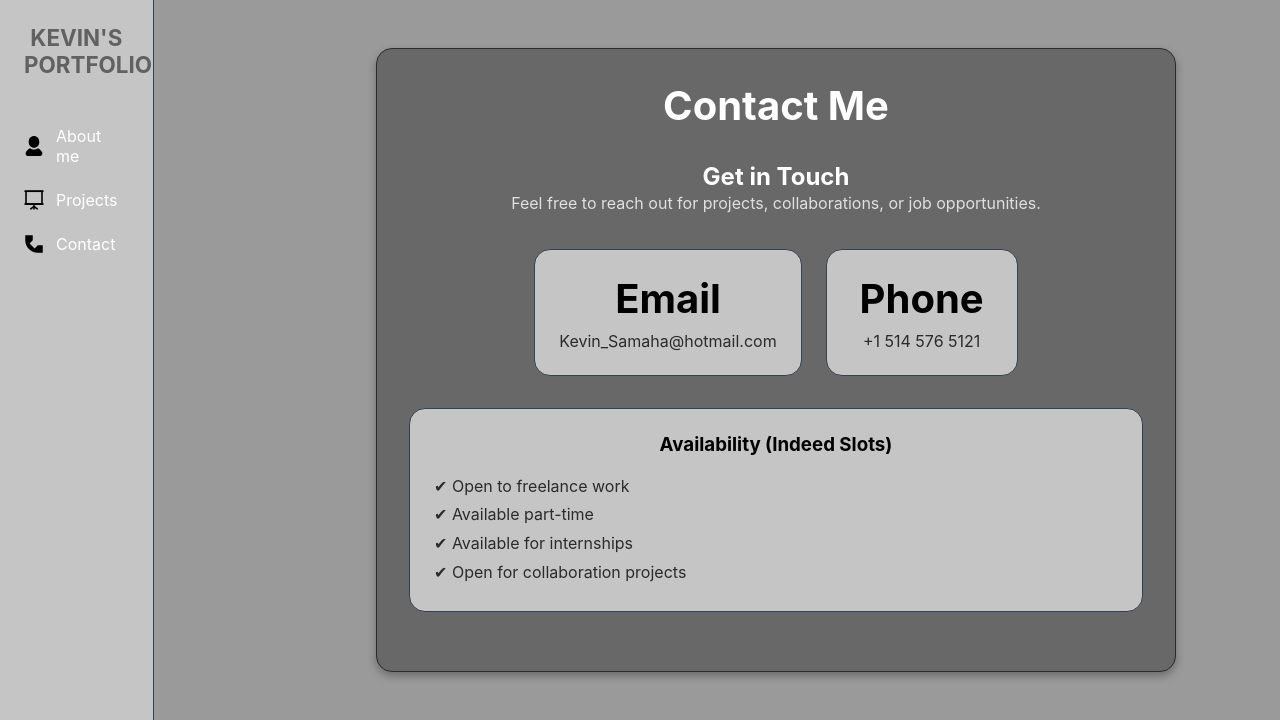
Repository: KevinSamaha/Kevin_Samaha
Page: pages/contact.html
These files come from the project's save history. The page is drawn as it stood at one moment and after the next save; the edit follows.
The browser window is 1280 px wide. The pictures show the whole page.

Above is the page before, as saved 2026-05-13 23:37:25.

After the next save:
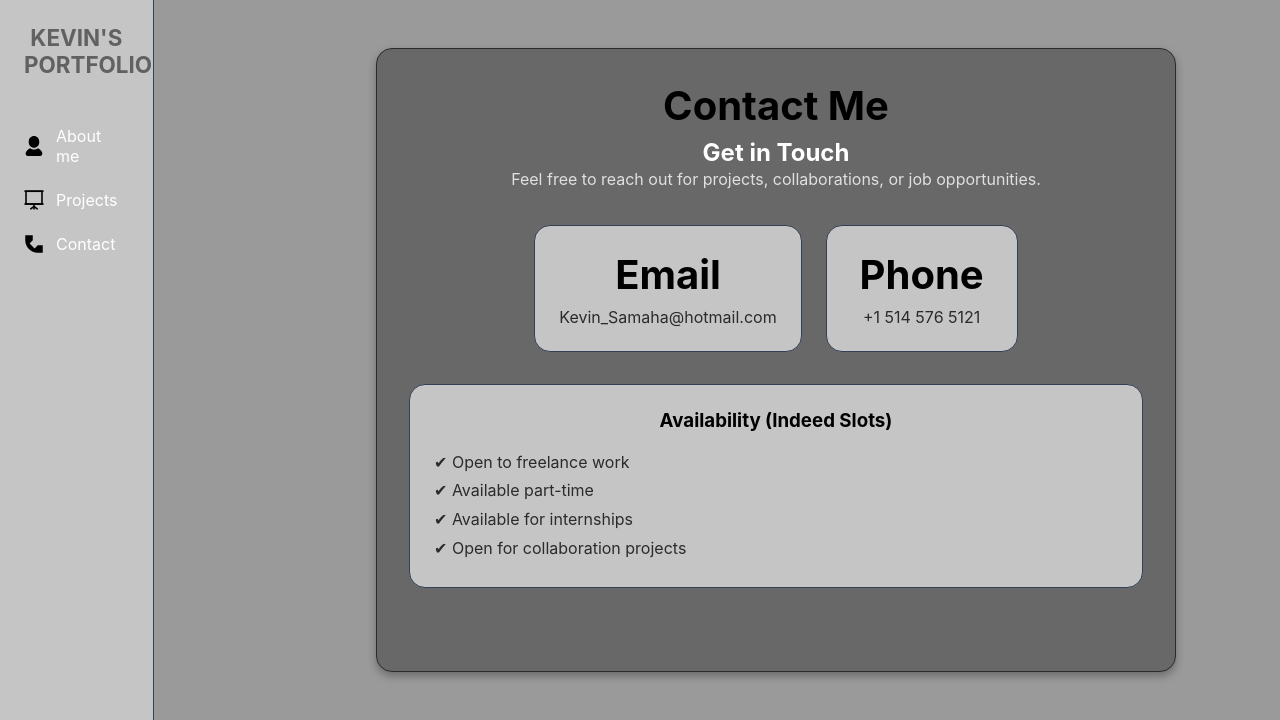
Saved 15 s later.
--- a/styles/contact.css
+++ b/styles/contact.css
@@ -75,7 +75,7 @@
   border: 0.0625rem solid #334155;
 }
 
-.info-box p {
+.info {
   color: #2b2b2b;
   /* These lines handle the scaling/wrapping */
   word-wrap: break-word;       /* Older browsers */
@@ -83,7 +83,7 @@
   font-size: clamp(0.8rem, 2vw, 1rem); /* Dynamically scales font based on screen size */
 }
 
-.info-box h3 {
+.title {
   color: #000;
   margin-bottom: 0.5rem;
 }

After the save that followed:
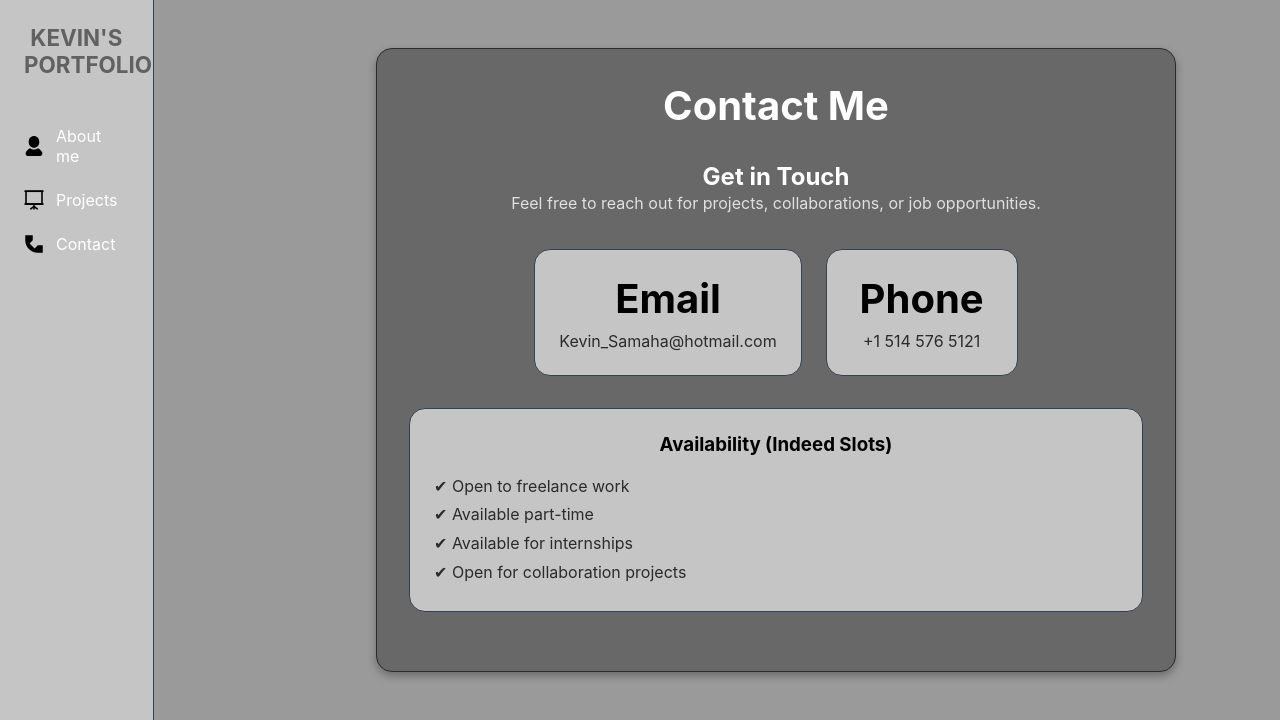
Saved 44 s later.
--- a/styles/contact.css
+++ b/styles/contact.css
@@ -83,7 +83,7 @@
   font-size: clamp(0.8rem, 2vw, 1rem); /* Dynamically scales font based on screen size */
 }
 
-.title {
+.info-box h3 {
   color: #000;
   margin-bottom: 0.5rem;
 }
